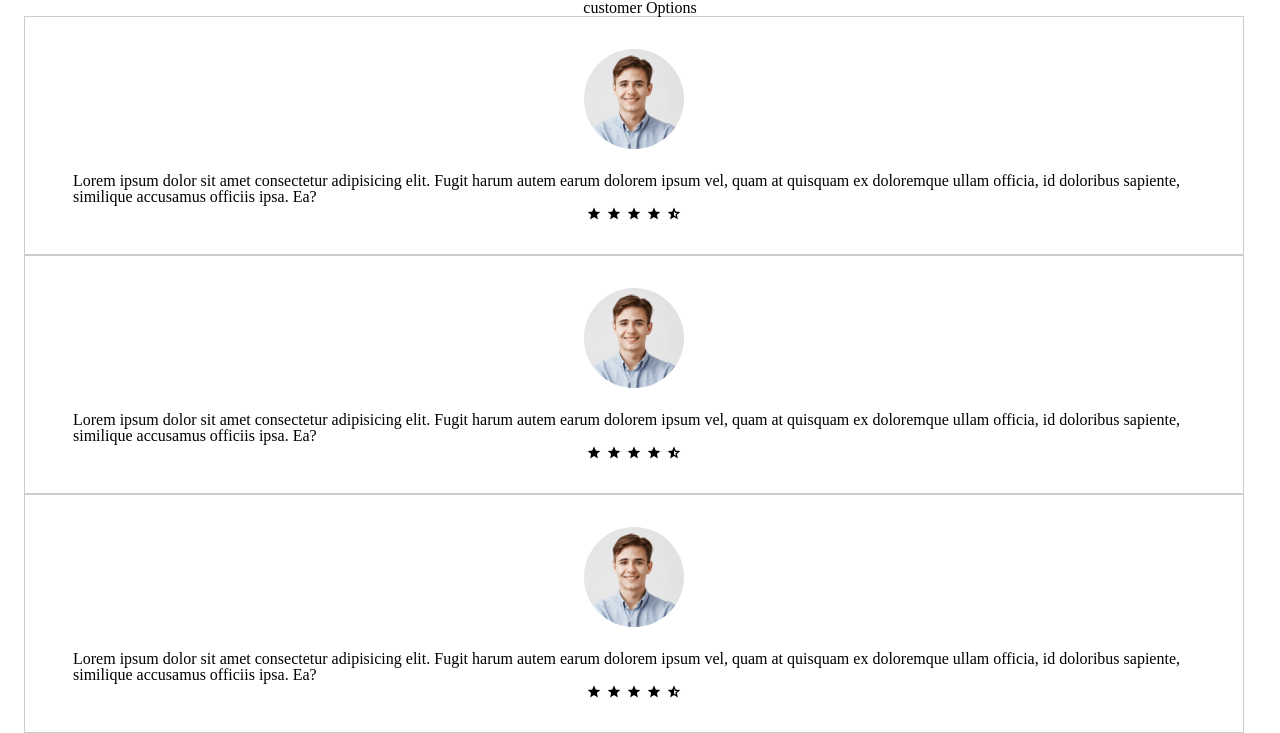
Repository: dinhhaidh/slider-3
Page: index.html
These files come from the project's save history. The page is drawn as it stood at one moment and after the next save; the edit follows.
The browser window is 1280 px wide. The pictures show the whole page.

Above is the page before, as saved 2024-03-22 20:19:26.

### index.html
<!DOCTYPE html>
<html lang="en">
<head>
    <meta charset="UTF-8">
    <meta name="viewport" content="width=device-width, initial-scale=1.0">
    <title>Document</title>
    <link rel="stylesheet" href="https://cdnjs.cloudflare.com/ajax/libs/remixicon/4.2.0/remixicon.min.css">

    <link rel="stylesheet" href="style.css">

</head>
<body>
    <div class="customer">
        <h3 class="customer__title">customer Options</h3>
        <div class="customer__container container">
            <div class="customer__swiper">
                <div>
                    <article class="customer__article">
                        <img src="./img1.png" alt="image" class="customer__img">

                        <p>
                            Lorem ipsum dolor sit amet consectetur adipisicing elit. Fugit harum autem earum dolorem ipsum vel, quam at quisquam ex doloremque ullam officia, id doloribus sapiente, similique accusamus officiis ipsa. Ea?
                        </p>

                        <div class="customer__star">
                            <i class="ri-star-s-fill"></i>
                            <i class="ri-star-s-fill"></i>
                            <i class="ri-star-s-fill"></i>
                            <i class="ri-star-s-fill"></i>
                            <i class="ri-star-half-s-line"></i>
                        </div>
                    </article>
                    <article class="customer__article">
                        <img src="./img1.png" alt="image" class="customer__img">

                        <p>
                            Lorem ipsum dolor sit amet consectetur adipisicing elit. Fugit harum autem earum dolorem ipsum vel, quam at quisquam ex doloremque ullam officia, id doloribus sapiente, similique accusamus officiis ipsa. Ea?
                        </p>

                        <div class="customer__star">
                            <i class="ri-star-s-fill"></i>
                            <i class="ri-star-s-fill"></i>
                            <i class="ri-star-s-fill"></i>
                            <i class="ri-star-s-fill"></i>
                            <i class="ri-star-half-s-line"></i>
                        </div>
                    </article>
                    <article class="customer__article">
                        <img src="./img1.png" alt="image" class="customer__img">

                        <p>
                            Lorem ipsum dolor sit amet consectetur adipisicing elit. Fugit harum autem earum dolorem ipsum vel, quam at quisquam ex doloremque ullam officia, id doloribus sapiente, similique accusamus officiis ipsa. Ea?
                        </p>

                        <div class="customer__star">
                            <i class="ri-star-s-fill"></i>
                            <i class="ri-star-s-fill"></i>
                            <i class="ri-star-s-fill"></i>
                            <i class="ri-star-s-fill"></i>
                            <i class="ri-star-half-s-line"></i>
                        </div>
                    </article>
                </div>
            </div>
        </div>
    </div>
</body>
</html>

### style.css
*,
*:before,
*:after {
  box-sizing: border-box;
}
* {
  margin: 0;
  padding: 0;
  font: inherit;
}
img,
picture,
svg,
video {
  display: block;
  max-width: 100%;
}
input,
select,
textarea {
  background-color: transparent;
  outline: none;
}
button {
  cursor: pointer;
  background-color: transparent;
  outline: none;
  border: 0;
}
body {
  min-height: 100vh;
  font-weight: 400;
  font-size: 16px;
  line-height: 1;
}


.container{
    max-width: 1220px;
    Margin-inline: 1.5rem;
}


.customer__title{
    text-align: center
}
.customer__container{

}

.customer__swiper{

}
.customer__article{
    display:flex;
    align-items: center;
    justify-content: center;
    flex-direction: column;
    padding: 2rem 3rem 2rem;
    background-color: #fff;
    border: 1px solid #ccc;
}
.customer__img{
    width: 100px;
    border-radius: 50%;
    margin: 0 auto 1.5rem;
}
.customer__star{

}
.ri-star-s-fill{

}
.ri-star-half-s-line{

}

After the next save:
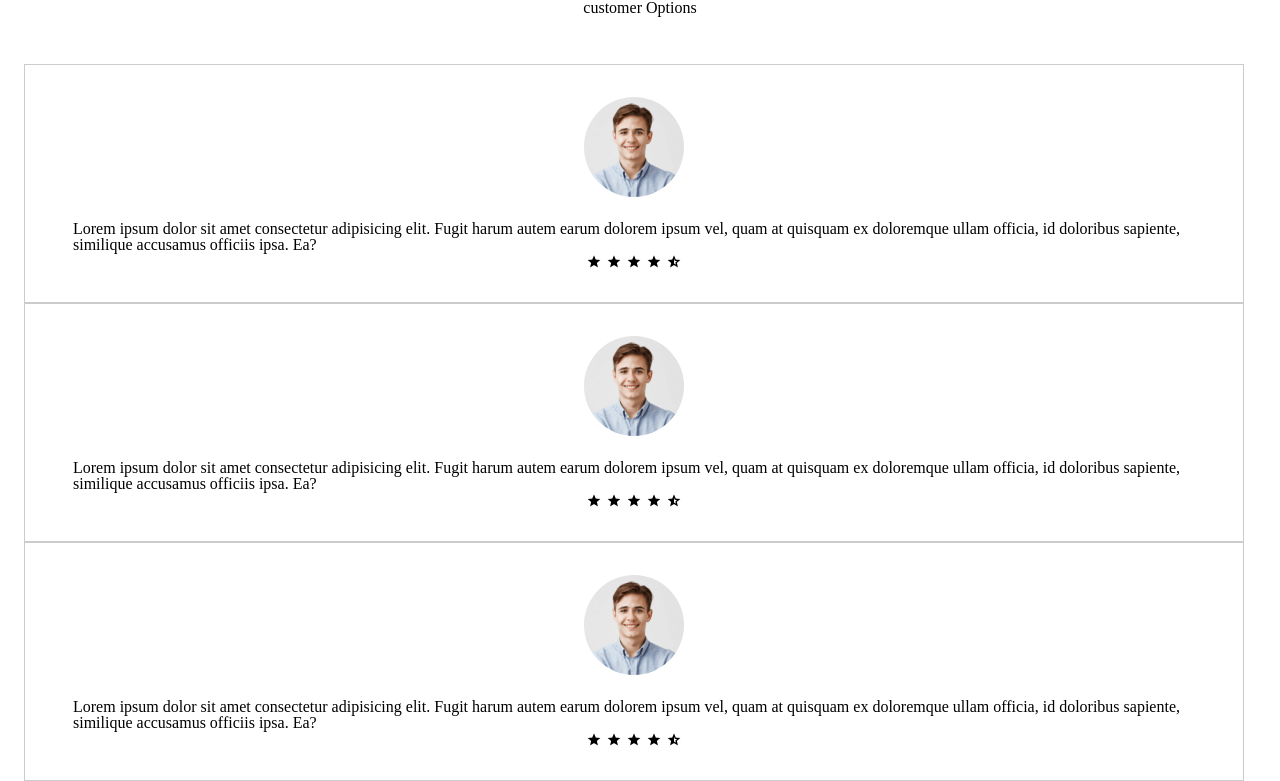
Saved 22 s later.
--- a/style.css
+++ b/style.css
@@ -42,7 +42,8 @@ body {
 
 
 .customer__title{
-    text-align: center
+    text-align: center;
+    margin-bottom: 3rem;
 }
 .customer__container{
 
